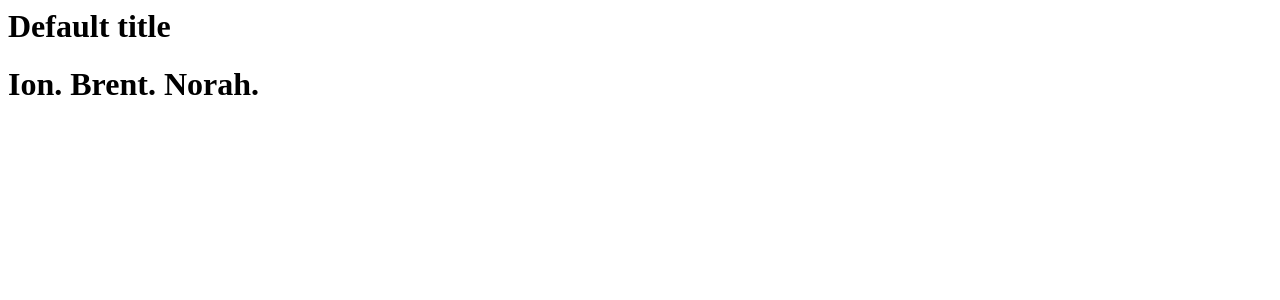
Repository: basha105/foundations
Page: index.html
These files come from the project's save history. The page is drawn as it stood at one moment and after the next save; the edit follows.
The browser window is 1280 px wide. The pictures show the whole page.

Above is the page before, as saved 2026-02-05 21:37:02.

After the next save:
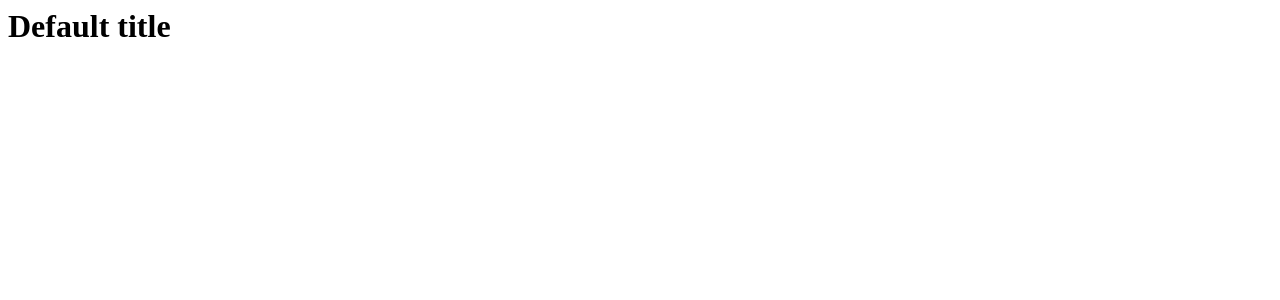
Saved 52 s later.
--- a/index.html
+++ b/index.html
@@ -12,7 +12,6 @@
                 return (
                     <div>
                         <h1>{title ? title : 'Default title'}</h1>
-                        <h1>Ion. Brent. Norah.</h1>
                     </div>
                 )
 
@@ -20,6 +19,7 @@
 
 
             function HomePage() {
+                const names = ['Ion', 'Brent', 'Norah']
                 return (
                     <div>
                         <Header />
